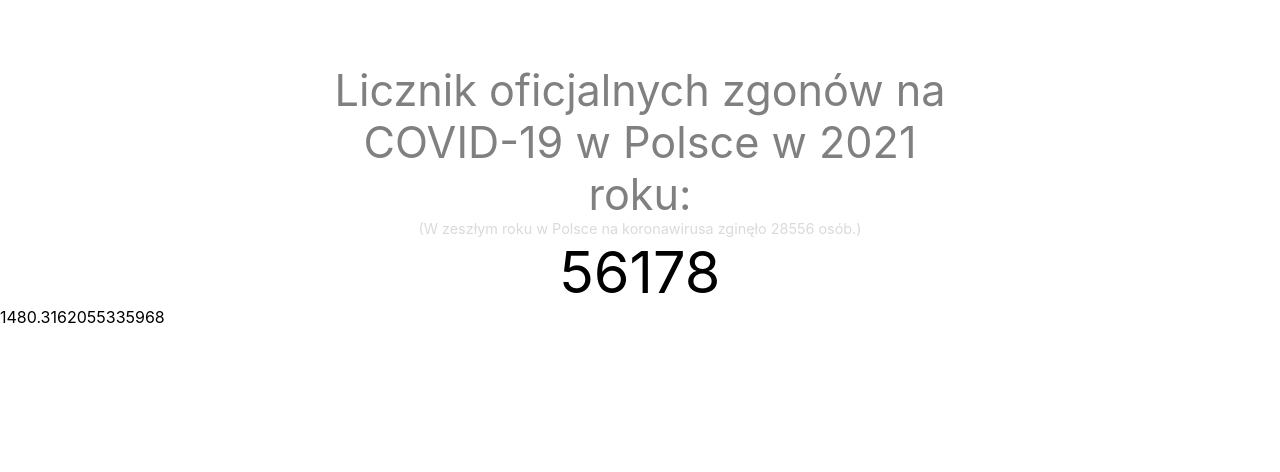
Repository: michalgornicki/poland-covid
Page: /
These files come from the project's save history. The page is drawn as it stood at one moment and after the next save; the edit follows.
The browser window is 1280 px wide. The pictures show the whole page.
The project was rebuilt for these pictures with package versions that can differ from the ones it lists, and the page was loaded fresh each time.

Above is the page before, as saved 2021-12-04 19:17:27.

After the next save:
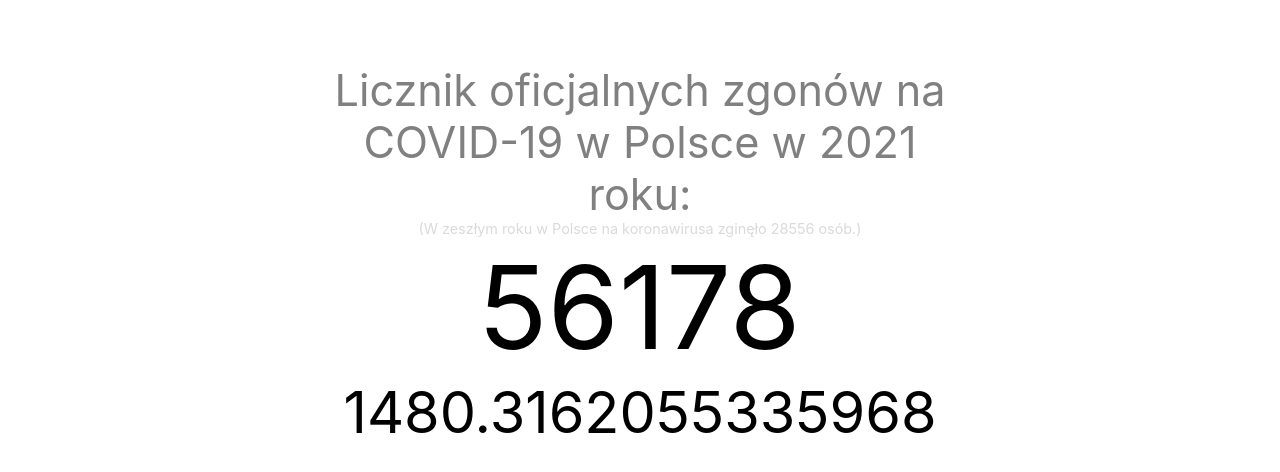
Saved 15 s later.
--- a/src/App.css
+++ b/src/App.css
@@ -28,7 +28,7 @@
     text-align: center;
 }
 
-.counter{
+.counter-2{
     font-size: 8vmin;
     display: block;
     margin: auto;
